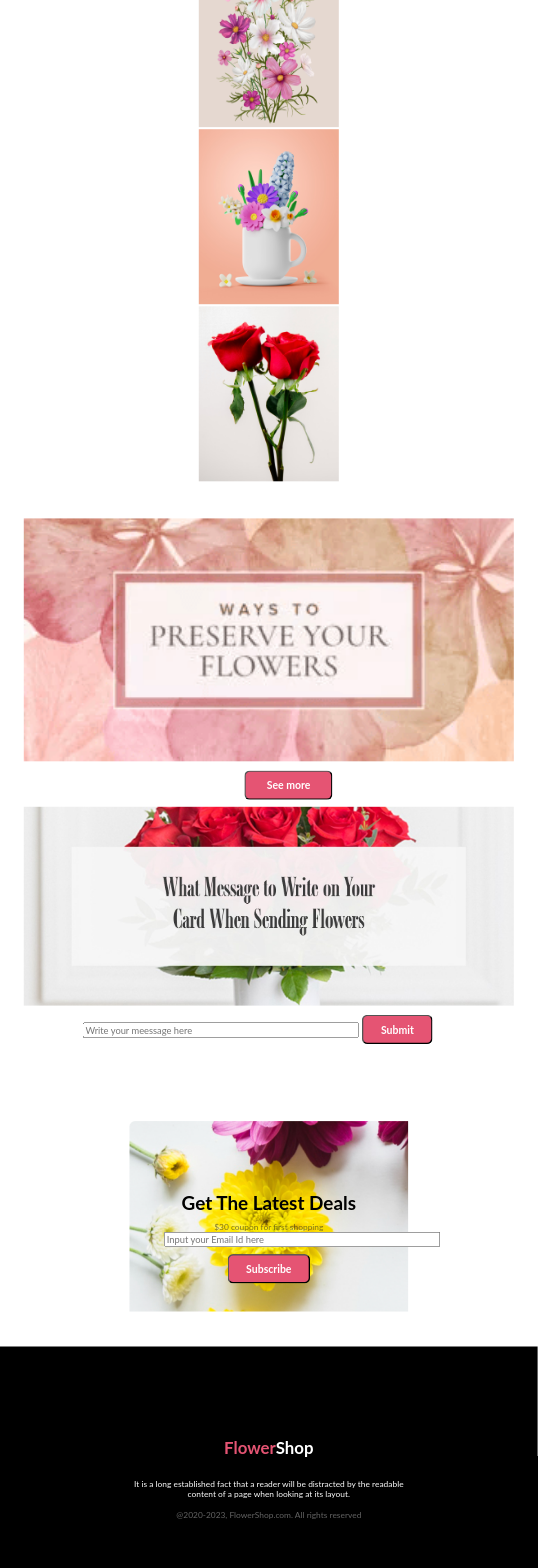
Repository: sadiaafsana138/Flower-Shop_Responsive
Page: index.html
The author's editor kept a copy of each file at every save. The page is drawn from the files as they stood at one save, then again after the next save.
The browser window is 768 px wide. The pictures show the part of the page from y = 3002 to 5242 px (the page is 5325 px tall), at 70% of full size.

Above is the page before, as saved 2023-09-07 06:33:22.

After the next save:
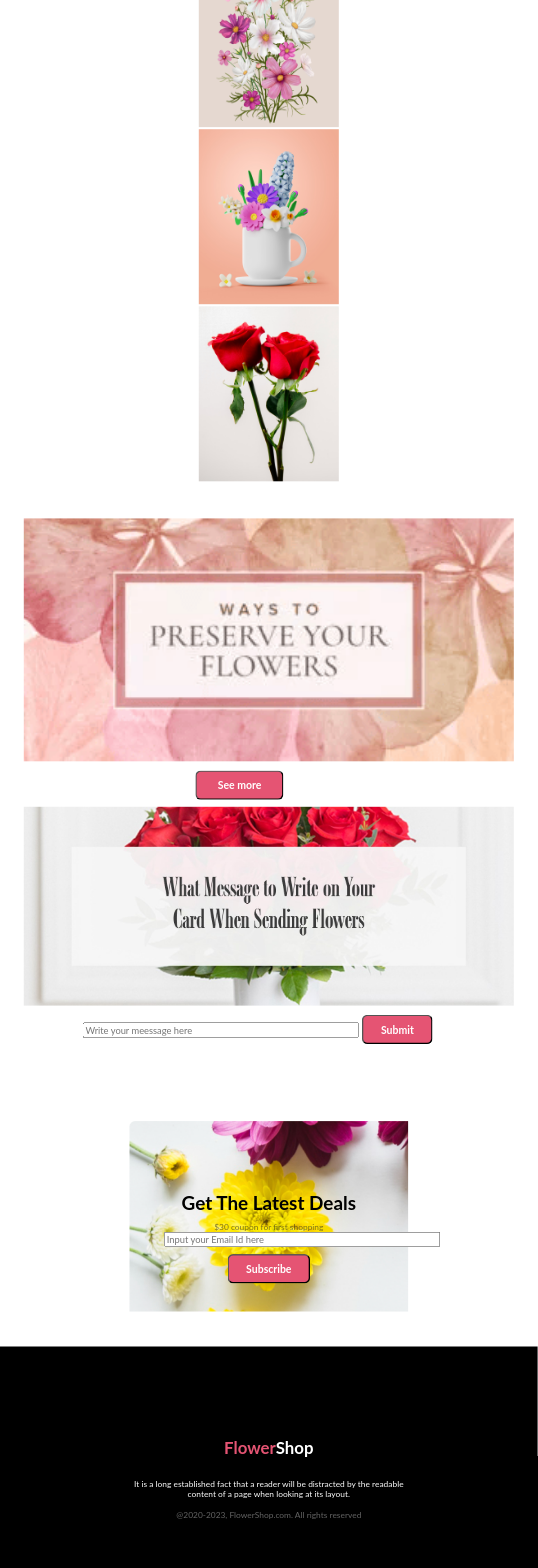
Saved 39 s later.
--- a/Flower.css
+++ b/Flower.css
@@ -306,7 +306,7 @@
         }
         .sec6image .ways{
             position: relative;
-            left:45%;
+            left:35%;
         }
         .ways,.message{
             margin: 10px auto;
